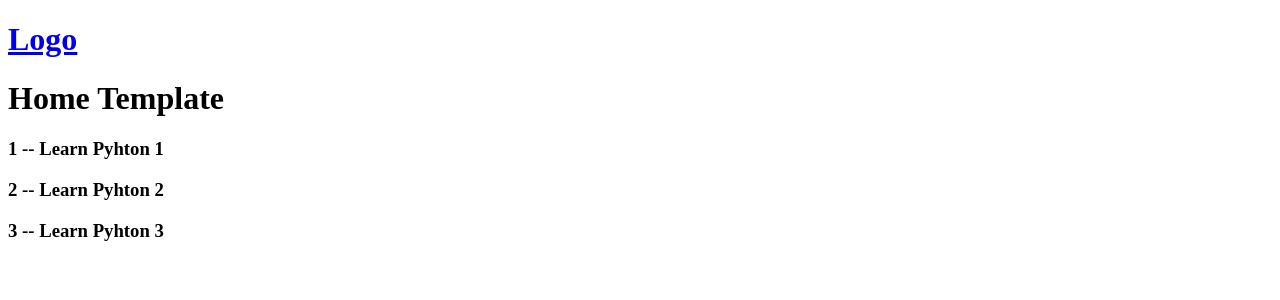
Repository: DZESU/studybug_django
Page: http://localhost/
These files come from the project's save history. The page is drawn as it stood at one moment and after the next save; the edit follows.
The browser window is 1280 px wide. The pictures show the whole page.
The page is served by the project's application, run on Django 4.2 (manage.py). Other server files are loaded and not shown.

Above is the page before, as saved 2022-08-01 21:06:52.

### templates/home.html
{% extends 'main.html' %}

{% block content %}
<h1>Home Template</h1>

<div>
    <div>
        {% for room in rooms %}
            <div>
                <h3>
                    {{room.id}} -- {{room.name}}
                </h3>
            </div>
        {% endfor %}
    </div>
</div>
{% endblock content %}

### templates/main.html
<!DOCTYPE html>
<html lang="en">
<head>
    <meta charset="UTF-8">
    <meta http-equiv="X-UA-Compatible" content="IE=edge">
    <meta name="viewport" content="width=device-width, initial-scale=1.0">
    <title>Pory</title>
</head>
<body>
    {% include 'navbar.html' %}
    {% block content %}

    {% endblock %}
</body>

</html>

### templates/navbar.html
<a href="/">
    <h1>
        Logo
    </h1>
</a>

### base/views.py
from django.http import HttpResponse
from django.shortcuts import render

# Create your views here.
rooms = [

    {'id': 1, 'name': "Learn Pyhton 1"},
    {'id': 2, 'name': "Learn Pyhton 2"},
    {'id': 3, 'name': "Learn Pyhton 3"},
]


def home(request):
    context = {'rooms': rooms}
    return render(request, 'home.html', context)


def room(request):
    return render(request, 'room.html')

### studybud/urls.py
"""studybud URL Configuration

The `urlpatterns` list routes URLs to views. For more information please see:
    https://docs.djangoproject.com/en/4.0/topics/http/urls/
Examples:
Function views
    1. Add an import:  from my_app import views
    2. Add a URL to urlpatterns:  path('', views.home, name='home')
Class-based views
    1. Add an import:  from other_app.views import Home
    2. Add a URL to urlpatterns:  path('', Home.as_view(), name='home')
Including another URLconf
    1. Import the include() function: from django.urls import include, path
    2. Add a URL to urlpatterns:  path('blog/', include('blog.urls'))
"""
from django.contrib import admin
from django.http import HttpResponse
from django.urls import path, include


urlpatterns = [
    path('admin/', admin.site.urls),
    path('', include('base.urls'))

]

### base/urls.py

from django.urls import path
from . import views


urlpatterns = [
    path('', views.home, name='home'),
    path('room/', views.room, name='room'),
]

### base/templates/base/home.html
{% extends 'main.html' %}

{% block content %}
<h1>New Home Template</h1>

<div>
    <div>
        {% for room in rooms %}
            <div>
                <h3>
                    {{room.id}} -- {{room.name}}
                </h3>
            </div>
        {% endfor %}
    </div>
</div>
{% endblock content %}

After the next save:
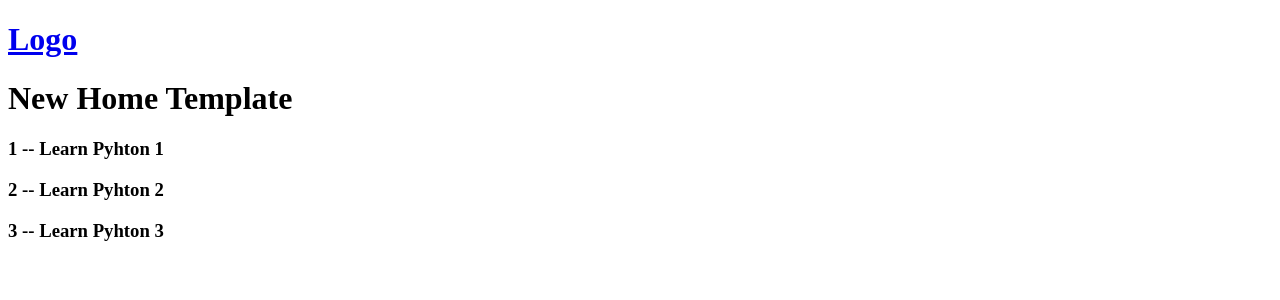
Saved 21 s later.
--- a/base/views.py
+++ b/base/views.py
@@ -12,7 +12,7 @@ rooms = [
 
 def home(request):
     context = {'rooms': rooms}
-    return render(request, 'home.html', context)
+    return render(request, 'base/home.html', context)
 
 
 def room(request):
